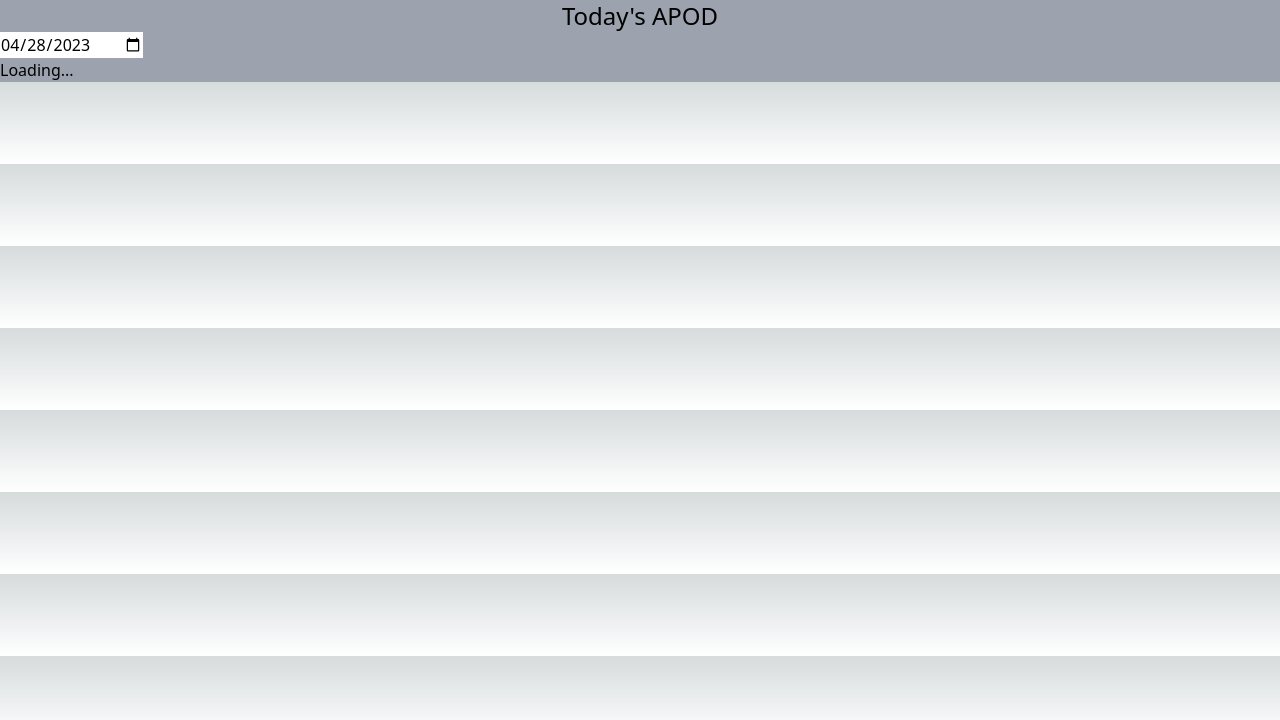
Repository: sercanisli/NasaApod
Page: /
An editor plug-in stored every save of this project. The page is shown before and after the next save, followed by the edit.
The browser window is 1280 px wide. The pictures show the whole page.
The page's requests for data from a server got no answer. The project was rebuilt for these pictures with package versions that can differ from the ones it lists, and the page was loaded fresh each time. The framework's server and built-in components were replaced by stand-ins that run in the browser. No one was signed in, and anything a server would have sent is missing. Also part of the build but not shown: next.config.js.

Above is the page before, as saved 2023-05-12 02:00:01.

### pages/index.js
import React, { useState } from 'react';
import DateSelector from '../components/DateSelector';
import Apod from '@/components/Apod';

const HomePage = () => {
  const [selectedDate, setSelectedDate] = useState(new Date().toISOString().substr(0, 10));

  const handleDateSelected = (date) => {
    setSelectedDate(date);
  };

  return (
    <div className="bg-gray-400">
      <DateSelector onDateSelected={handleDateSelected} />
      <Apod date={selectedDate} />
    </div>
  );
};

export default HomePage;

### components/DateSelector.js
import React from 'react';

const DateSelector = ({ onDateChange }) => {
  return (
    <div className="flex justify-center">
      <button onClick={() => onDateChange(new Date())}>
        <span className="text-2xl">Today's APOD</span>
      </button>
    </div>
  );
};

export default DateSelector;

### components/Apod.js
import React, { useState, useEffect } from 'react';
import axios from 'axios';

const API_KEY = 'EE0ZIoEOksDZKvkNgEcM1TfRaKWtTACerC0GhuJQ';

function Apod() {
  const [apodData, setApodData] = useState(null);
  const [selectedDate, setSelectedDate] = useState(new Date());

  useEffect(() => {
    const formatDate = date => {
      const year = date.getFullYear();
      const month = (date.getMonth() + 1).toString().padStart(2, '0');
      const day = date.getDate().toString().padStart(2, '0');
      return `${year}-${month}-${day}`;
    }

    const fetchApodData = async () => {
      try {
        const response = await axios.get(`https://api.nasa.gov/planetary/apod?api_key=${API_KEY}&date=${formatDate(selectedDate)}`);
        setApodData(response.data);
      } catch (error) {
        console.error(error);
      }
    };

    fetchApodData();
  }, [selectedDate]);

  const handleDateChange = event => {
    const selectedDate = new Date(event.target.value);
    setSelectedDate(selectedDate);
  };

  return (
    <div>
      <input type="date" value={selectedDate.toISOString().substr(0, 10)} onChange={handleDateChange} />
      {apodData ? (
        <div>
          <h1>{apodData.title}</h1>
          <img src={apodData.url} alt={apodData.title} />
          <p>{apodData.explanation}</p>
        </div>
      ) : (
        <p>Loading...</p>
      )}
    </div>
  );
}

export default Apod;

Loaded but not shown: pages/_app.js (common file); pages/_document.js (common file); styles/globals.css (common file); tailwind.config.js (common file)

After the next save:
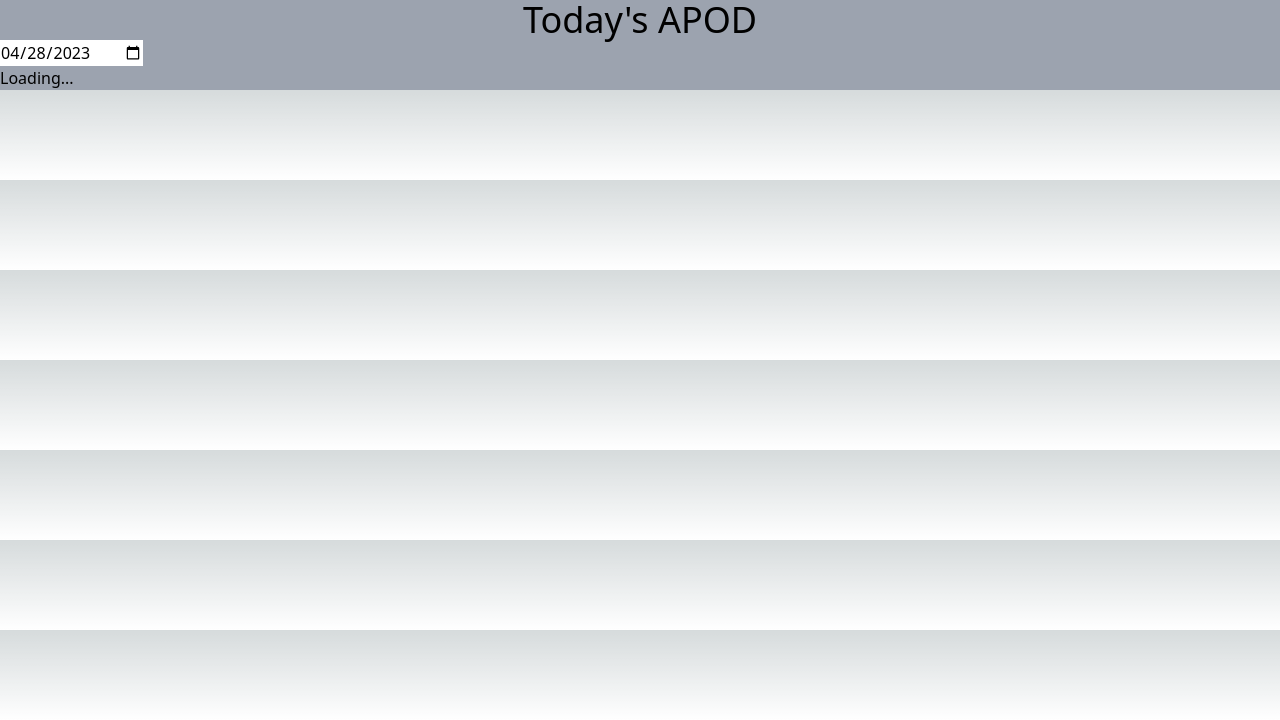
Saved 32 s later.
--- a/components/DateSelector.js
+++ b/components/DateSelector.js
@@ -4,7 +4,7 @@ const DateSelector = ({ onDateChange }) => {
   return (
     <div className="flex justify-center">
       <button onClick={() => onDateChange(new Date())}>
-        <span className="text-2xl">Today's APOD</span>
+        <span className="text-4xl">Today's APOD</span>
       </button>
     </div>
   );
